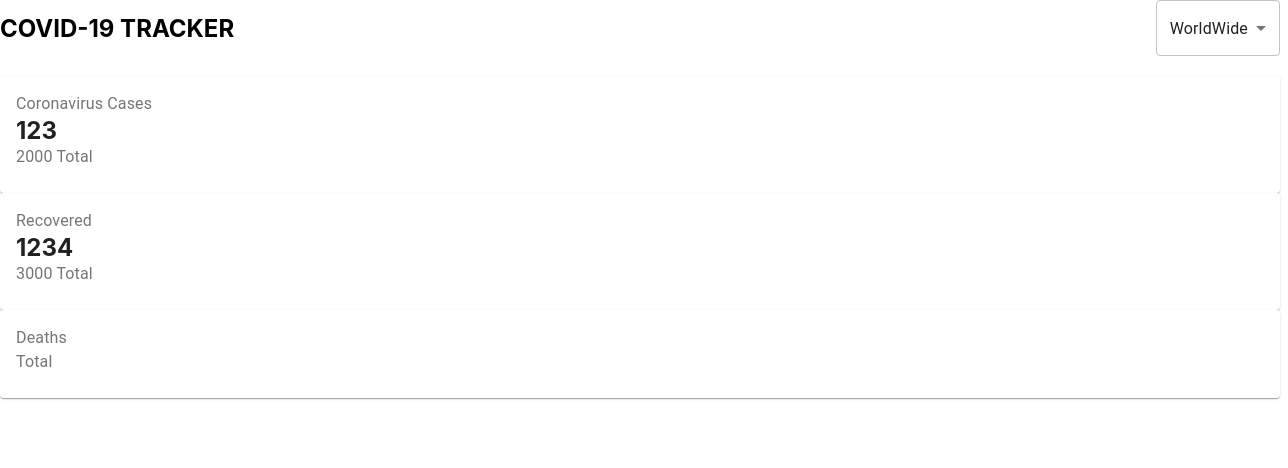
Repository: exiled-kal/2OnProcess
Page: /
The author's editor kept a copy of each file at every save. The page is drawn from the files as they stood at one save, then again after a run of saves.
The browser window is 1280 px wide. The page is 1288 px wide, so the pictures cover 1288 px, including what lies to the right of the window. The pictures show the whole page.
The page's requests for data from a server got no answer. The project was rebuilt for these pictures with package versions that can differ from the ones it lists, and the page was loaded fresh each time. No one was signed in, and anything a server would have sent is missing.

Above is the page before, as saved 2020-08-17 15:45:50.

After the next 5 saves:
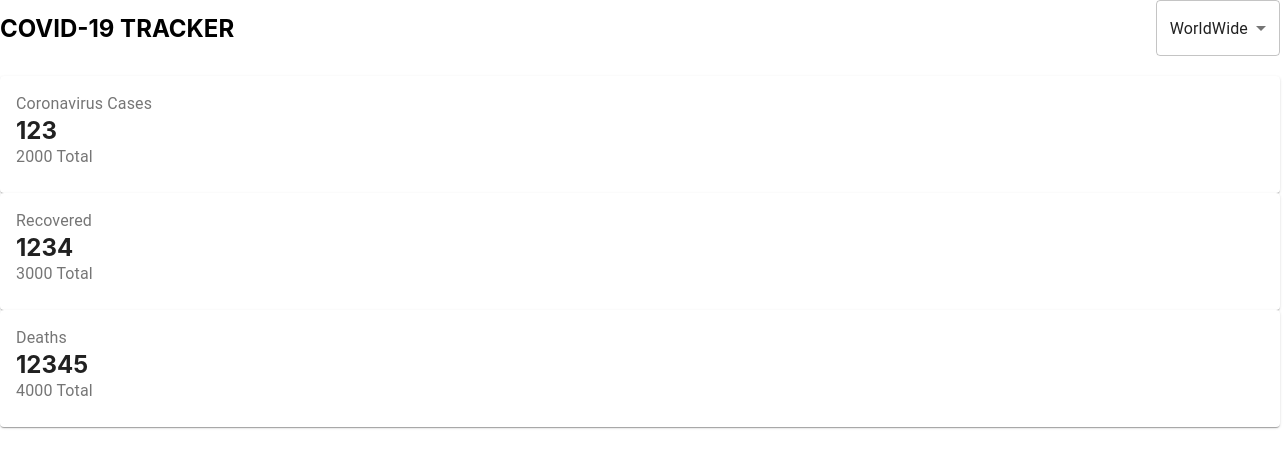
The 5 saves are shown as one change because they came seconds apart.
The last was saved 17 s later.
--- a/src/App.js
+++ b/src/App.js
@@ -45,11 +45,11 @@ function App() {
       </div>
 
       <div className="app__stats">
-        <InfoBox title="Coronavirus Cases" cases={123} total={2000}/>
+        <InfoBox title="Coronavirus Cases" cases={123} total={2000} />
 
         <InfoBox title="Recovered" cases={1234} total={3000} />
 
-        <InfoBox title="Deaths" />
+        <InfoBox title="Deaths" cases={12345} total={4000} />
       </div>
 
       {/* Table */}
